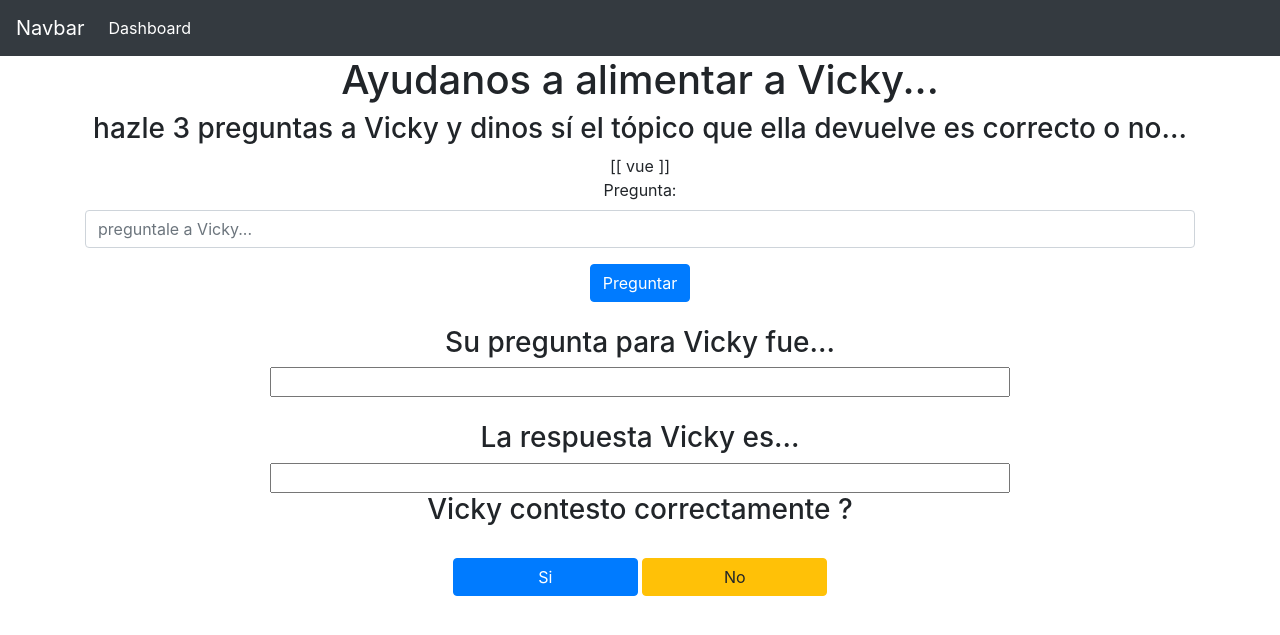
Repository: Crixtiancub/feedback_Vicky
Page: http://localhost/
These files come from the project's save history. The page is drawn as it stood at one moment and after the next save; the edit follows.
The browser window is 1280 px wide. The pictures show the whole page.
The page is served by the project's application, run on Django 3.2 (manage.py).

Above is the page before, as saved 2021-05-11 10:27:08.

After the next save:
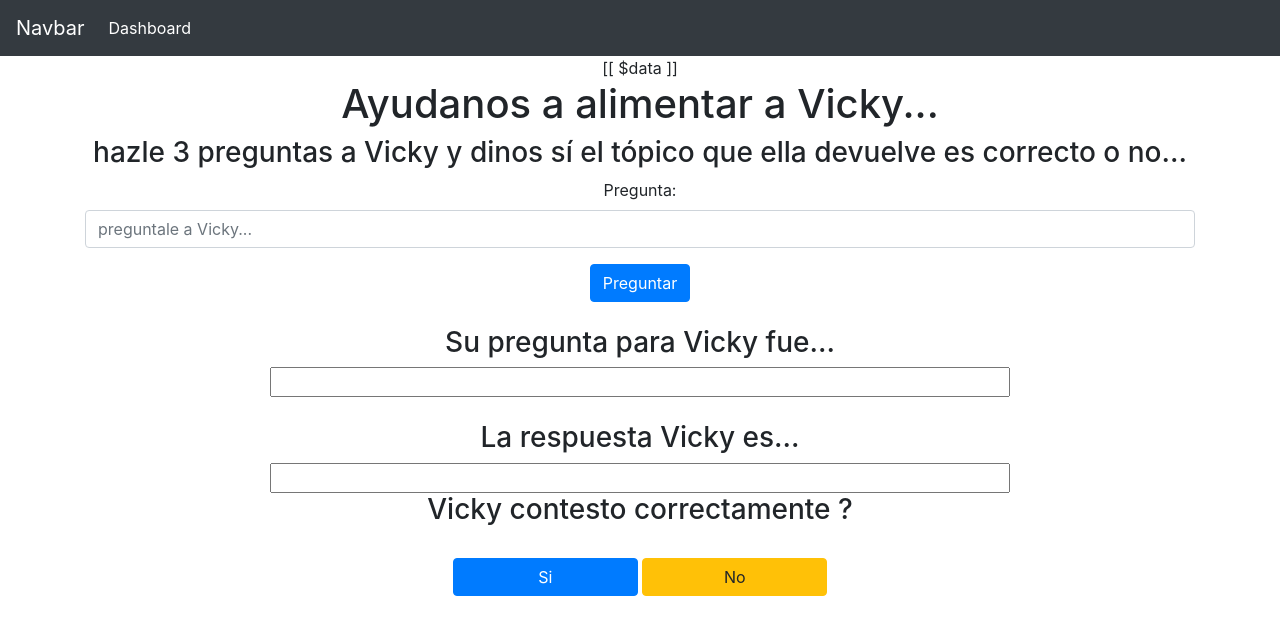
Saved 68 s later.
--- a/vicky/templates/dashboard.html
+++ b/vicky/templates/dashboard.html
@@ -4,13 +4,13 @@
 
 <div id="form_Vicky" class="container text-center">
 
+    [[ $data ]]
+
     <h1>Ayudanos a alimentar a Vicky...</h1>
 
     <h3>hazle {{ num_visits }} {%if num_visits == 1%} pregunta{% else %}
         preguntas{% endif %}  a Vicky y dinos sí el tópico que ella
         devuelve es correcto o no...</h3>
-
-    [[ vue ]]
 
     <form id="preguntar_Vicky" action="{% url 'home' %}" method="POST">
         {% csrf_token%}
